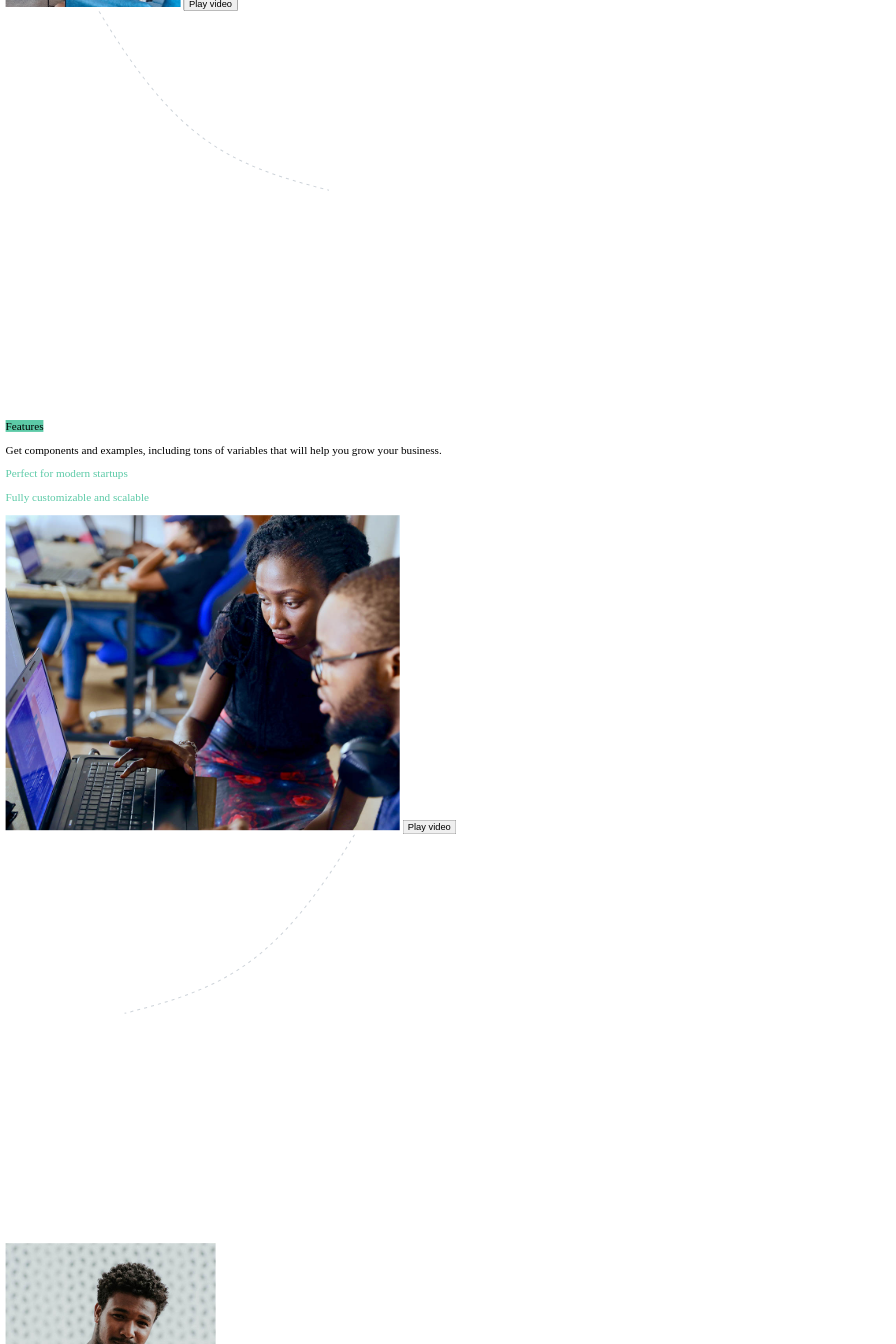
Repository: brandonc16/odoo-task
Page: components/hero.html
An editor plug-in stored every save of this project. The page is shown before and after the next save, followed by the edit.
The browser window is 1280 px wide. The pictures show the part of the page from y = 1110 to 3030 px (the page is 4612 px tall), at 70% of full size.

Above is the page before, as saved 2026-03-16 05:23:17.

After the next save:
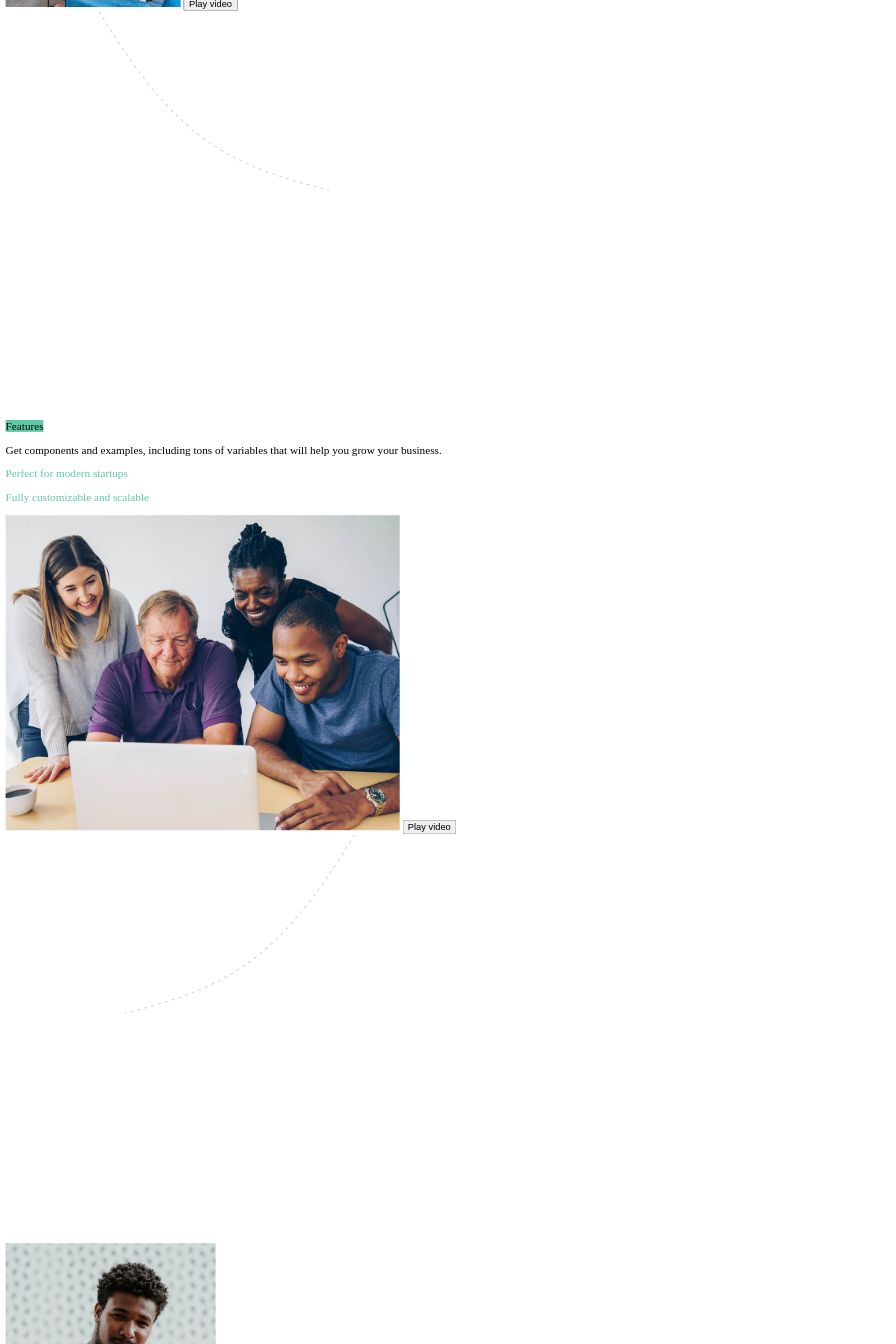
Saved 91 s later.
--- a/components/hero.html
+++ b/components/hero.html
@@ -296,7 +296,7 @@
     <div class="col-12 col-lg-6 offset-lg-1">
       <div class="position-relative shadow-lg rounded-3 overflow-hidden;">
         <img
-          src="/assets/img_02.jpg"
+          src="/assets/img_03.jpg"
           alt="Team working"
           height="auto"
           class="img-fluid w-100"
